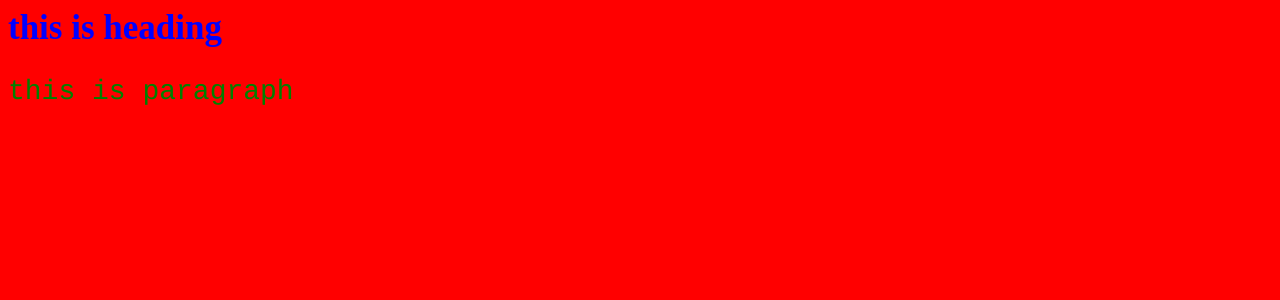
Repository: pratixa-chauhan/practice
Page: style/file2.html
An editor plug-in stored every save of this project. The page is shown before and after the next save, followed by the edit.
The browser window is 1280 px wide. The pictures show the whole page.

Above is the page before, as saved 2021-12-16 13:25:30.

### style/file2.html
<html>
    <head>
        <style>
            body {background-color: red;}
            h1 {
                color: blue;
                font-family: roman;
                font-size: 35;
            }
            p {
                color: green;
                font-family: courier;
                font-size: 28
            }
        </style>
        <body>
            <h1>this is heading</h1>
            <p>this is paragraph </p>
        </body>
    </head>
</html>

After the next save:
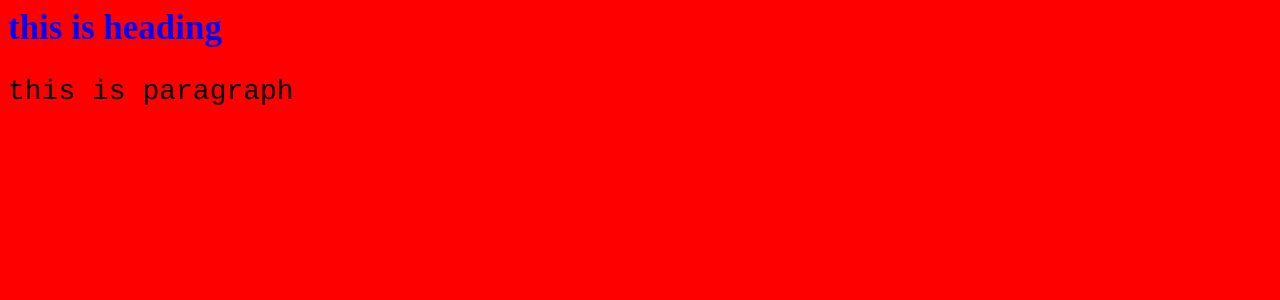
Saved 58 s later.
--- a/style/file2.html
+++ b/style/file2.html
@@ -8,7 +8,7 @@
                 font-size: 35;
             }
             p {
-                color: green;
+                color: black;
                 font-family: courier;
                 font-size: 28
             }
